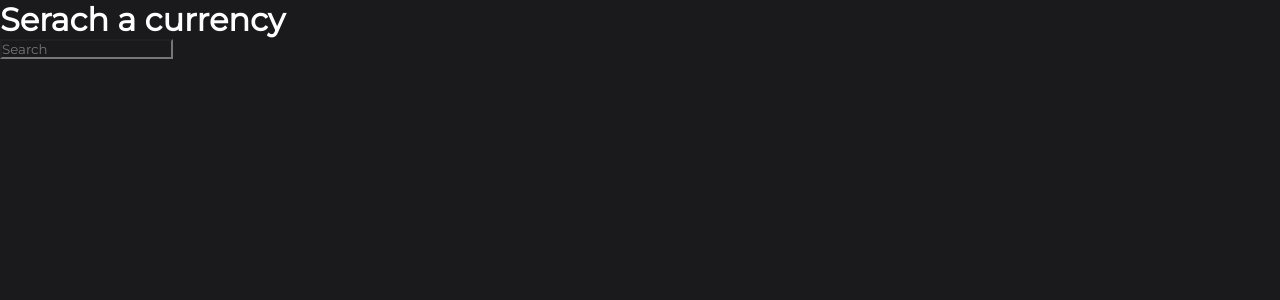
Repository: Malooyyy/crypto-tracker
Page: /
These files come from the project's save history. The page is drawn as it stood at one moment and after the next save; the edit follows.
The browser window is 1280 px wide. The pictures show the whole page.
The page's requests for data from a server got no answer. The project was rebuilt for these pictures with package versions that can differ from the ones it lists, and the page was loaded fresh each time. No one was signed in, and anything a server would have sent is missing. Also part of the build but not shown: src/Coin.css, src/Coin.js.

Above is the page before, as saved 2022-06-29 00:04:03.

After the next save:
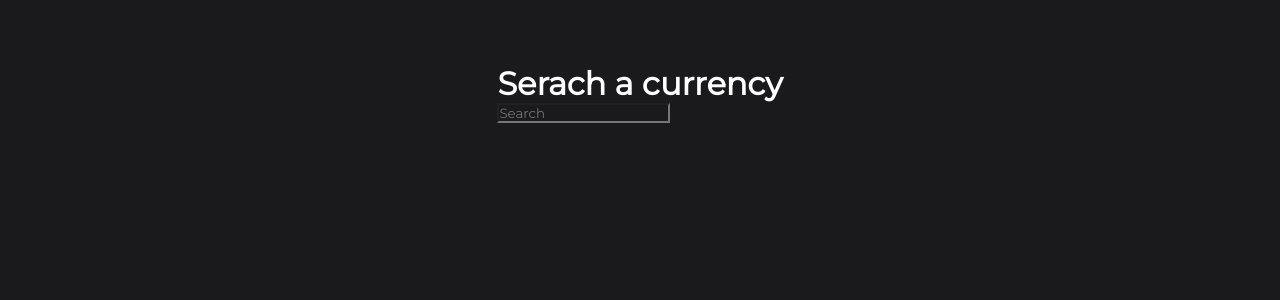
Saved 3 min 41 s later.
--- a/src/index.css
+++ b/src/index.css
@@ -8,3 +8,11 @@
   background-color: #1a1a1c;
   color: #fff;
 }
+
+.coin-app {
+  display: flex;
+  flex-direction: column;
+  align-items: center;
+  margin-top: 64px;
+  color: #fff;
+}
